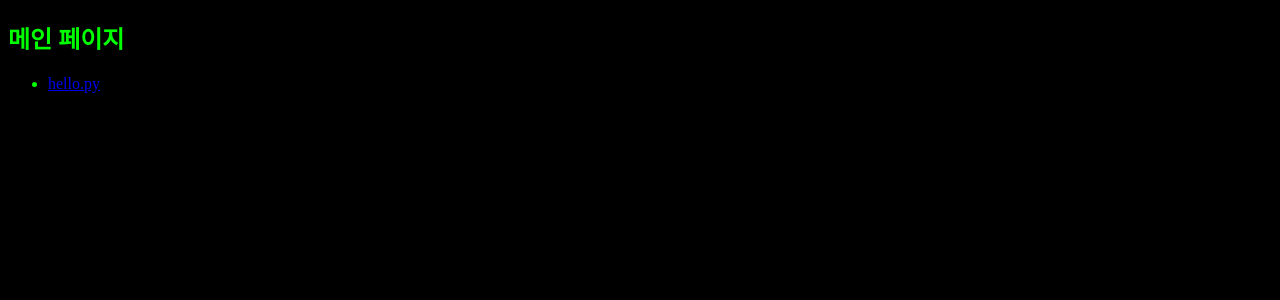
Repository: offbr/Python
Page: pynetwork/py_http_cgi/friend.html
An editor plug-in stored every save of this project. The page is shown before and after the next save, followed by the edit.
The browser window is 1280 px wide. The pictures show the whole page.

Above is the page before, as saved 2016-11-03 02:55:00.

### pynetwork/py_http_cgi/friend.html
<!DOCTYPE html>
<html>
<head>
<meta charset="UTF-8">
<title>Insert title here</title>
<style>
body{
	background-color : black;
	color : lime;
}
</style>
</head>
<body>
<h2>메인 페이지</h2>
<ul>
	<li><a href="cgi_bin/hello.py">hello.py</a></li>
</ul>
</body>
</html>

After the next save:
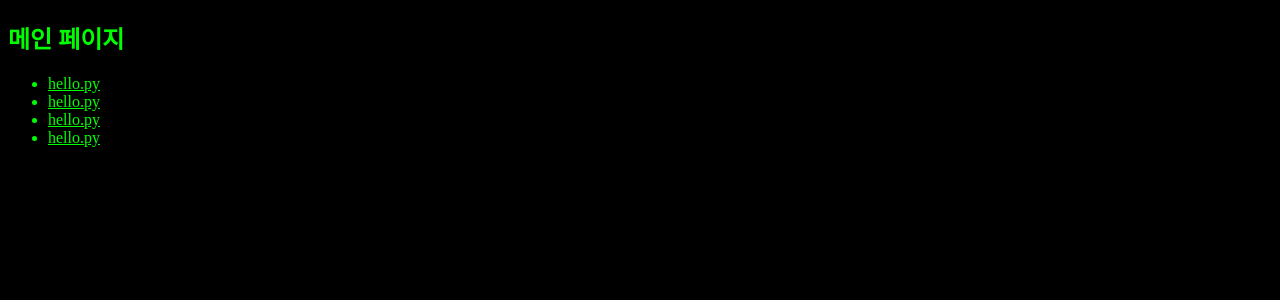
Saved 19 s later.
--- a/pynetwork/py_http_cgi/friend.html
+++ b/pynetwork/py_http_cgi/friend.html
@@ -8,12 +8,19 @@ body{
 	background-color : black;
 	color : lime;
 }
+a{
+	color : lime;
+
+}
 </style>
 </head>
 <body>
 <h2>메인 페이지</h2>
 <ul>
 	<li><a href="cgi_bin/hello.py">hello.py</a></li>
+	<li><a href="cgi_bin/hello.py">hello.py</a></li>
+	<li><a href="cgi_bin/hello.py">hello.py</a></li>
+	<li><a href="cgi_bin/hello.py">hello.py</a></li>
 </ul>
 </body>
 </html>
